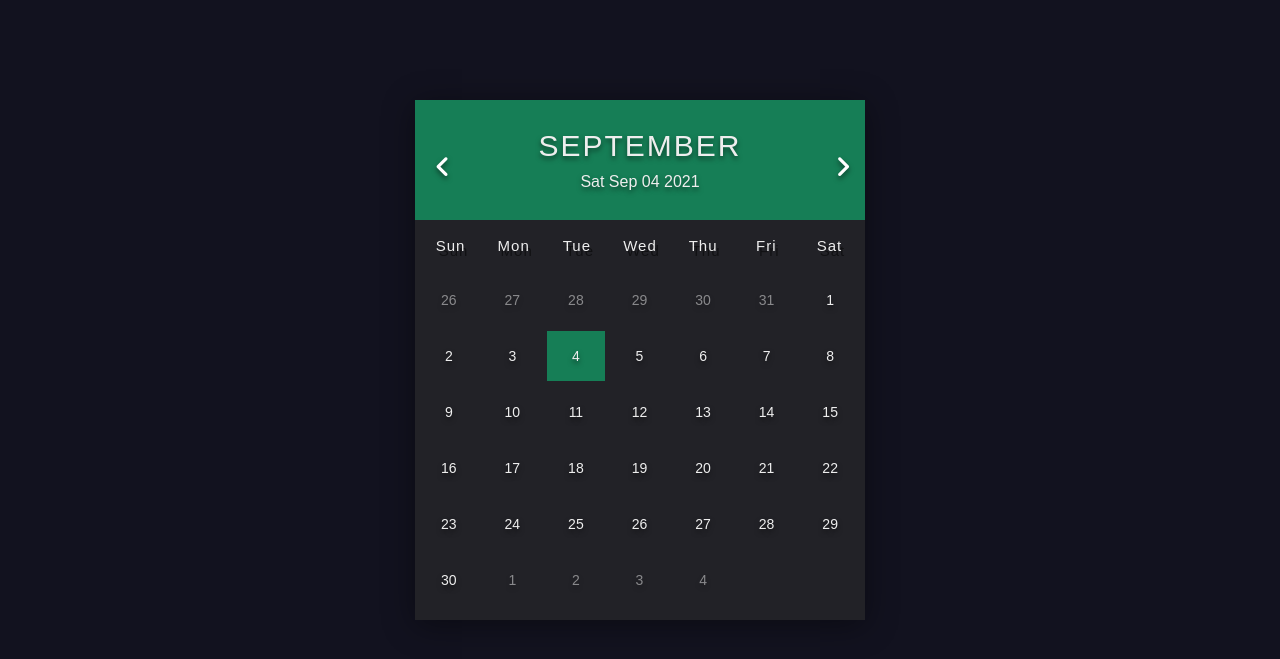
Repository: dboinska/calendar
Page: index.html
These files come from the project's save history. The page is drawn as it stood at one moment and after the next save; the edit follows.
The browser window is 1280 px wide. The pictures show the whole page.
Some web libraries are served in a nearby version.

Above is the page before, as saved 2021-09-06 11:29:19.

### index.html
<!DOCTYPE html>
<html lang="en">
  <head>
    <meta charset="UTF-8" />
    <meta http-equiv="X-UA-Compatible" content="IE=edge" />
    <meta name="viewport" content="width=device-width, initial-scale=1.0" />
    <title>Calendar</title>
    <script
      src="https://kit.fontawesome.com/5567926149.js"
      crossorigin="anonymous"
    ></script>
    <link rel="stylesheet" href="style.css" />
  </head>
  <body>
    <div class="container">
      <div class="calendar">
        <div class="month">
          <i class="fas fa-angle-left prev"></i>
          <div class="date">
            <h1></h1>
            <p></p>
          </div>
          <i class="fas fa-angle-right next"></i>
        </div>
        <div class="weekdays">
          <div>Sun</div>
          <div>Mon</div>
          <div>Tue</div>
          <div>Wed</div>
          <div>Thu</div>
          <div>Fri</div>
          <div>Sat</div>
        </div>
        <div class="days"></div>
      </div>
    </div>
    <script src="script.js"></script>
  </body>
</html>

### style.css
* {
  margin: 0;
  padding: 0;
  box-sizing: border-box;
  font-family: "Quicksand", sans-serif;
}

html {
  font-size: 62.5%;
}

.container {
  width: 100%;
  height: 100vh;
  background-color: #12121f;
  color: #eee;
  display: flex;
  justify-content: center;
  align-items: center;
}

.calendar {
  width: 45rem;
  height: 52rem;
  background-color: #222227;
  box-shadow: 0 0.5rem 3rem rgba(0, 0, 0, 0.4);
}

.fas {
  height: 10px;
  width: 10px;
  color: white;
}

.month {
  width: 100%;
  height: 12rem;
  background-color: #167e56;
  display: flex;
  justify-content: space-between;
  align-items: center;
  padding: 0 2rem;
  text-align: center;
  text-shadow: 0 0.3rem 0.5rem rgba(0, 0, 0, 0.5);
}

.month i {
  font-size: 2.5rem;
  cursor: pointer;
}

.month h1 {
  font-size: 3rem;
  font-weight: 400;
  text-transform: uppercase;
  letter-spacing: 0.2rem;
  margin-bottom: 1rem;
}

.month p {
  font-size: 1.6rem;
}

.weekdays {
  width: 100%;
  height: 5rem;
  padding: 0 0.4rem;
  display: flex;
  align-items: center;
}

.weekdays div {
  font-size: 1.5rem;
  font-weight: 400;
  letter-spacing: 0.1rem;
  width: calc(44.2rem / 7);
  display: flex;
  justify-content: center;
  align-items: center;
  text-shadow: 0.3rem 0.5rem rgba(0, 0, 0, 0.5);
}

.days {
  width: 100%;
  display: flex;
  flex-wrap: wrap;
  padding: 0.2rem;
}

.days div {
  font-size: 1.4rem;
  margin: 0.3rem;
  width: calc(40.3rem / 7);
  height: 5rem;
  display: flex;
  justify-content: center;
  align-items: center;
  text-shadow: 0 0.3rem 0.5rem rgba(0, 0, 0, 0.5);
  transition: background-color 0.2s;
}

.days div:hover:not(.today) {
  background-color: #262626;
  border: 2rem solid #777;
  cursor: pointer;
}

.prev-date,
.next-date {
  opacity: 0.5;
}

.today {
  background-color: #167e56;
}

### script.js
const date = new Date();
const renderCalendar = () => {
  const monthDays = document.querySelector(".days");
  const lastDay = new Date(
    date.getFullYear(),
    date.getMonth() + 1,
    0
  ).getDate();
  const prevLastDay = new Date(
    date.getFullYear(),
    date.getMonth(),
    0
  ).getDate();
  const firstDayIndex = date.getDay();
  const lastDayIndex = new Date(
    date.getFullYear(),
    date.getMonth(),
    0
  ).getDay();
  console.log(lastDayIndex);
  console.log(lastDay);

  const nextDays = 7 - lastDayIndex - 1;
  const months = [
    "January",
    "February",
    "March",
    "April",
    "May",
    "June",
    "July",
    "August",
    "September",
    "October",
    "November",
    "December",
  ];

  document.querySelector(".date h1").innerHTML = months[date.getMonth()];

  document.querySelector(".date p").innerHTML = new Date().toDateString();

  let days = "";

  for (let x = firstDayIndex; x > 0; x--) {
    days += `<div class="prev-date">${prevLastDay - x + 1}</div>`;
  }
  for (let i = 1; i <= lastDay; i++) {
    if (
      i === new Date().getDate() &&
      date.getMonth() === new Date().getMonth()
    ) {
      days += `<div class="today">${i}</div>`;
    } else {
      days += `<div>${i}</div>`;
    }

    monthDays.innerHTML = days;
  }

  for (let j = 1; j <= nextDays; j++) {
    days += `<div class="next-date">${j}</div>`;
    monthDays.innerHTML = days;
  }
};
// date.setDate(1);
// console.log(date.getDay());
// const month = date.getMonth();
// console.log(month);

document.querySelector(".prev").addEventListener("click", () => {
  date.setMonth(date.getMonth() - 1);
  renderCalendar();
});

document.querySelector(".next").addEventListener("click", () => {
  date.setMonth(date.getMonth() + 1);
  renderCalendar();
});

renderCalendar();

After the next save:
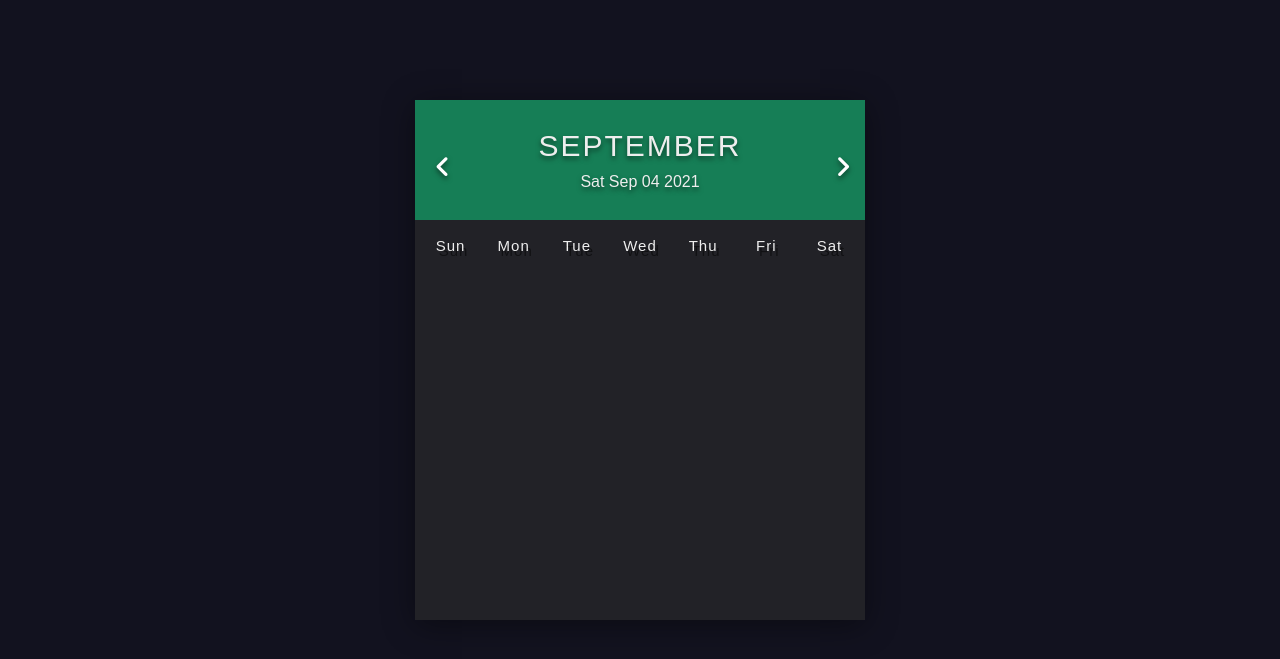
Console error: TypeError: Cannot read properties of undefined (reading 'createElement')
Saved 14 min 52 s later.
--- a/script.js
+++ b/script.js
@@ -43,7 +43,10 @@
   let days = "";
 
   for (let x = firstDayIndex; x > 0; x--) {
-    days += `<div class="prev-date">${prevLastDay - x + 1}</div>`;
+    //days += `<div class="prev-date">${prevLastDay - x + 1}</div>`;
+    var div = days.document.createElement("div .prev-date");
+    div.textContent = `${prevLastDay - x + 1}`;
+    days;
   }
   for (let i = 1; i <= lastDay; i++) {
     if (

After the 5 saves that followed:
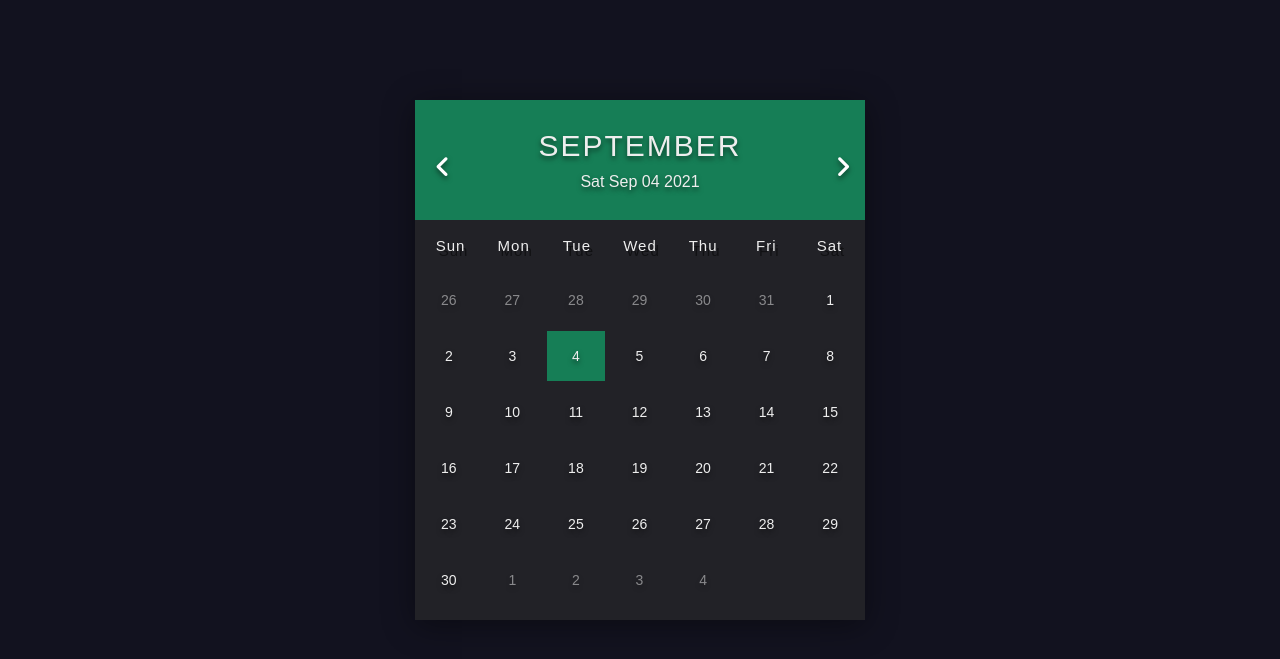
The error is gone.
The 5 saves are shown as one change because 4 left the picture as it was.
The last was saved 8 min 8 s later.
--- a/script.js
+++ b/script.js
@@ -43,10 +43,7 @@
   let days = "";
 
   for (let x = firstDayIndex; x > 0; x--) {
-    //days += `<div class="prev-date">${prevLastDay - x + 1}</div>`;
-    var div = days.document.createElement("div .prev-date");
-    div.textContent = `${prevLastDay - x + 1}`;
-    days;
+    days += `<div class="prev-date">${prevLastDay - x + 1}</div>`;
   }
   for (let i = 1; i <= lastDay; i++) {
     if (
